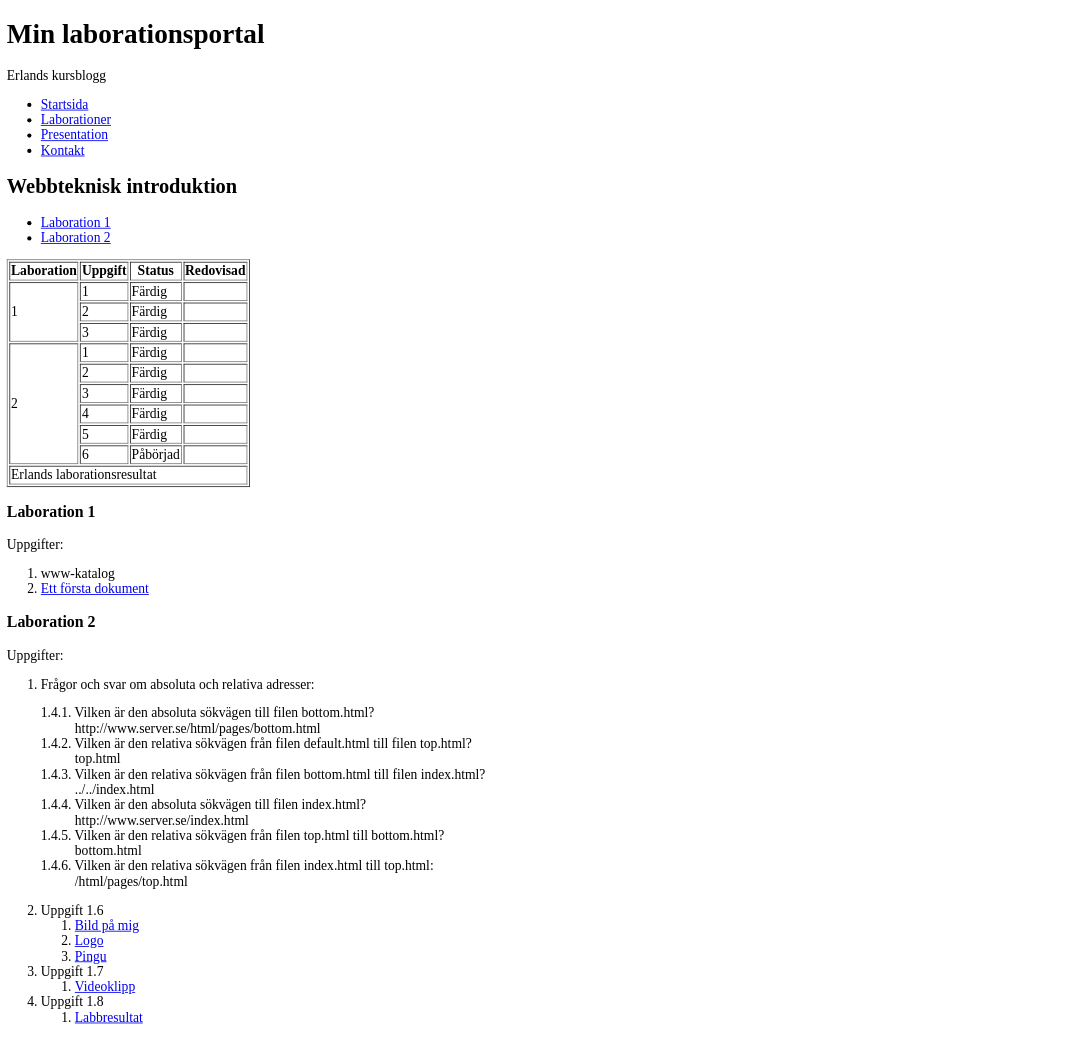
Repository: ej222ru/1IK415-laborationer
Page: pages/laborationer.html
The author's editor kept a record of every edit. The page is drawn from the files as they stood at one moment, then again after the next edit.
The browser window is 1280 px wide. The pictures show the whole page, at 85% of full size.

Above is the page before.

### pages/laborationer.html
<!doctype html>
<html lang="sv">
    <head>
        <meta charset="utf-8" />
        <title>Erlands kursblogg</title>
    </head>
    <body>
    <h1>Min laborationsportal</h1>

    <p>Erlands kursblogg</p>
        <ul>
            <li><a href="../index.html">Startsida</a></li>
            <li><a href="laborationer.html">Laborationer</a></li>
            <li><a href="presentation.html">Presentation</a></li>
            <li><a href="kontakt.html">Kontakt</a></li>
        </ul>
        <h2>Webbteknisk introduktion</h2>
        <ul>
            <li><a href="#Laboration1">Laboration 1</a></li>
            <li><a href="#Laboration2">Laboration 2</a></li>
        </ul>
        <table border=1 id="Labbresultat">
            <thead>
                <tr>
                   <th>Laboration</th>
                   <th>Uppgift</th>
                   <th>Status</th>
                   <th>Redovisad</th>
                </tr>
            </thead>
            <tfoot>
                <tr>
                    <td colspan=4>Erlands laborationsresultat</td>
                </tr>
            </tfoot>
            <tbody>
                <tr>
                    <td rowspan=3>1</td>
                    <td>1</td>
                    <td>Färdig</td>
                    <td></td>
                </tr>
                <tr>
                    <td>2</td>
                    <td>Färdig</td>
                    <td></td>
                </tr>
                <tr>
                    <td>3</td>
                    <td>Färdig</td>
                    <td></td>
                </tr>
                <tr>
                    <td rowspan=6>2</td></td>
                    <td>1</td>
                    <td>Färdig</td>
                    <td></td>
                </tr>
                <tr>
                    <td>2</td>
                    <td>Färdig</td>
                    <td></td>
                </tr>
                <tr>
                    <td>3</td>
                    <td>Färdig</td>
                    <td></td>
                </tr>
                <tr>
                    <td>4</td>
                    <td>Färdig</td>
                    <td></td>
                </tr>
                <tr>
                    <td>5</td>
                    <td>Färdig</td>
                    <td></td>
                </tr>
                <tr>
                    <td>6</td>
                    <td>Påbörjad</td>
                    <td></td>
                </tr>
            </tbody>
        </table>
        <h3>Laboration 1 <a id="Laboration1"></a></h3>
        <p>Uppgifter:</p>
        <ol>
            <li>www-katalog</li>
            <li><a href="presentation.html">Ett första dokument</a></li>
        </ol>
        <h3>Laboration 2 <a id="Laboration2"></a></h3>
        <p>Uppgifter:</p>
        <ol>
            <li>Frågor och svar om absoluta och relativa adresser:
                <dl>
                <dt>1.4.1. Vilken är den absoluta sökvägen till filen bottom.html? </dt>
                <dd>http://www.server.se/html/pages/bottom.html</dd>
                <dt>1.4.2. Vilken är den relativa sökvägen från filen default.html till filen top.html? </dt>
                <dd>top.html</dd>
                <dt>1.4.3. Vilken är den relativa sökvägen från filen bottom.html till filen index.html? </dt>
                <dd>../../index.html</dd>
                <dt>1.4.4. Vilken är den absoluta sökvägen till filen index.html? </dt>
                <dd>http://www.server.se/index.html</dd>
                <dt>1.4.5. Vilken är den relativa sökvägen från filen top.html till bottom.html? </dt>
                <dd>bottom.html</dd>
                <dt>1.4.6. Vilken är den relativa sökvägen från filen index.html till top.html:</dt>
                <dd>/html/pages/top.html</dd>
                </dl>
            </li>
        <li>Uppgift 1.6
            <ol>
                <li><a href="presentation.html#BildMig">Bild på mig</a></li>
                <li><a href="../pics/ErlandLogo.png">Logo</a></li>
                <li><a href="../index.html#BildPingu">Pingu</a></li>
            </ol>
        </li>

        <li>Uppgift 1.7
            <ol>
                <li><a href="../index.html#Videoklipp">Videoklipp</a>
                </li>
            </ol>
        </li>
        <li>Uppgift 1.8
            <ol>
                <li><a href="#Labbresultat">Labbresultat</a>
                </li>
            </ol>
        </li>
      </body>
</html>

After the next edit:
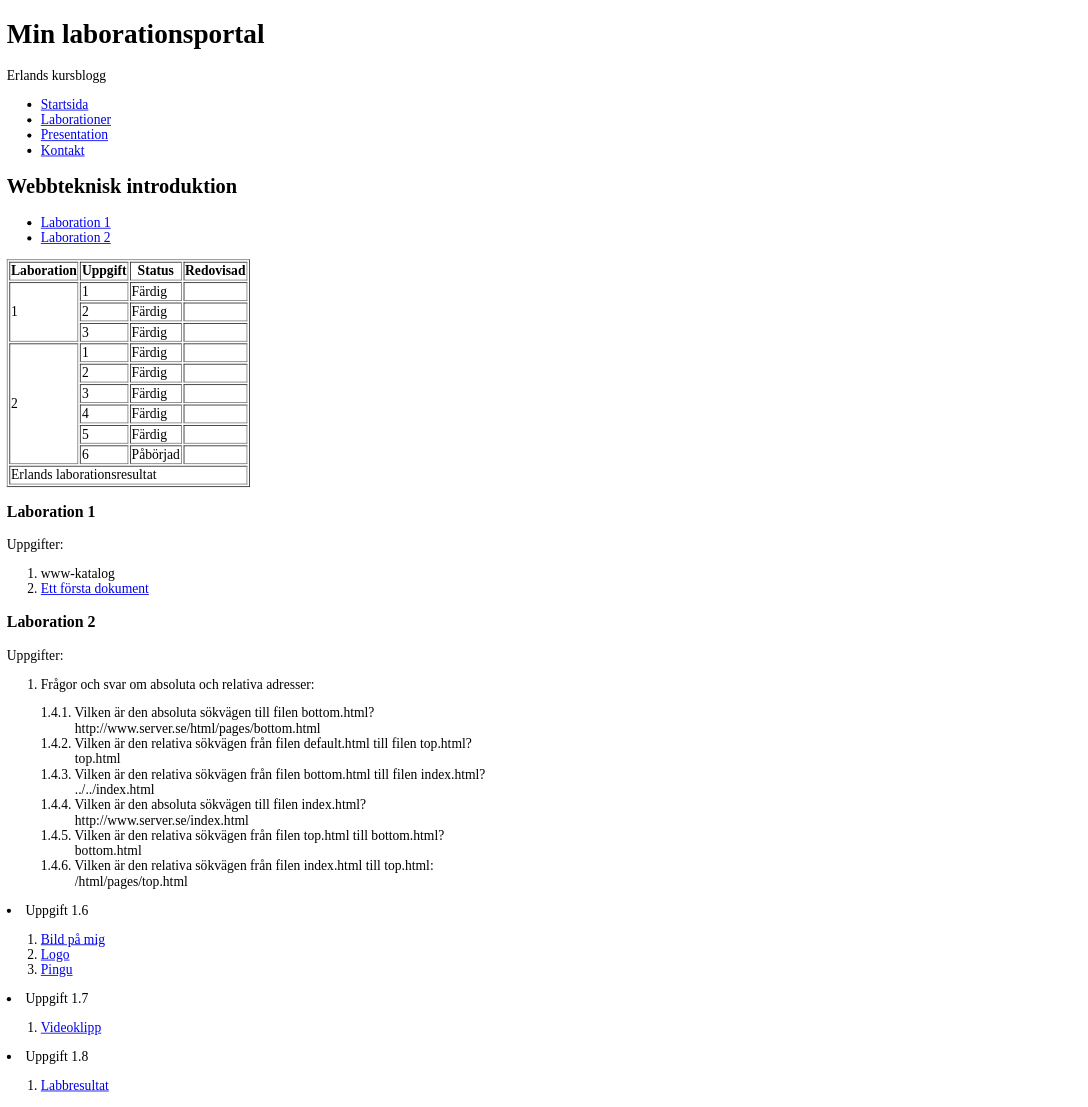
The edit:
--- a/pages/laborationer.html
+++ b/pages/laborationer.html
@@ -108,6 +108,7 @@
                 <dd>/html/pages/top.html</dd>
                 </dl>
             </li>
+        </ol>
         <li>Uppgift 1.6
             <ol>
                 <li><a href="presentation.html#BildMig">Bild på mig</a></li>
